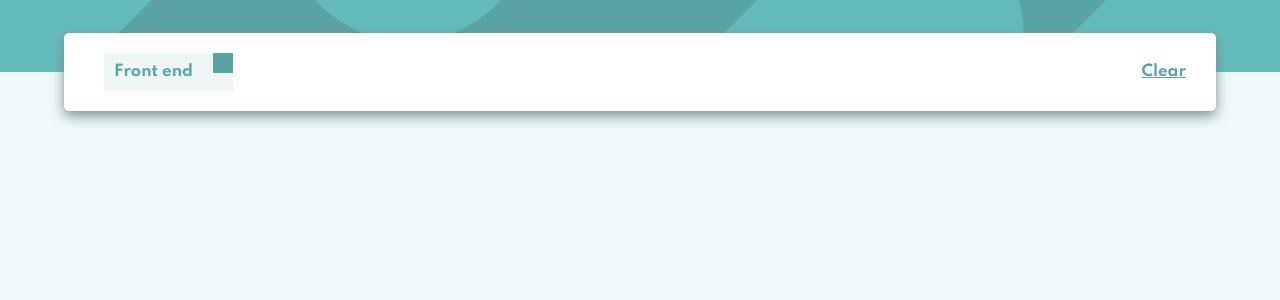
Repository: tomas938/Job-filters
Page: /
These files come from the project's save history. The page is drawn as it stood at one moment and after the next save; the edit follows.
The browser window is 1280 px wide. The pictures show the whole page.
The project was rebuilt for these pictures with package versions that can differ from the ones it lists, and the page was loaded fresh each time.

Above is the page before, as saved 2021-08-14 18:33:54.

After the next save:
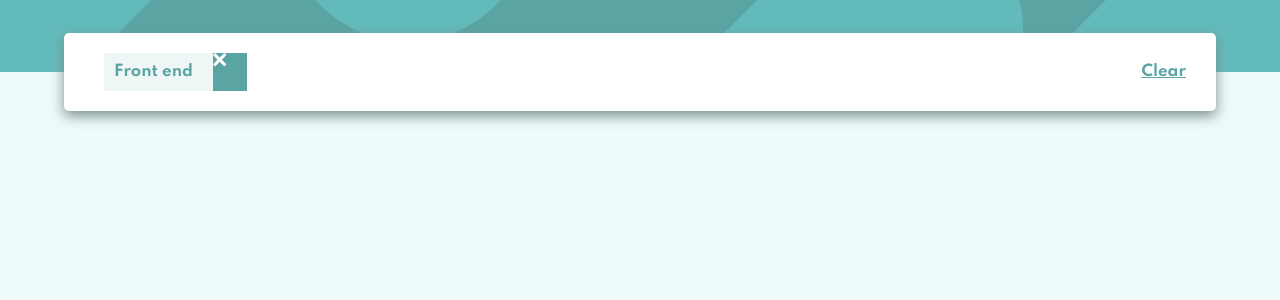
Saved 4 s later.
--- a/src/views/Home.vue
+++ b/src/views/Home.vue
@@ -207,8 +207,9 @@ a {
 	padding: 1rem;
 }
 svg {
+	height: 100%;
+	width: 3.4rem;
 	background-color: $dark-cyan;
-	padding: 1rem;
 	&:hover {
 		transition: all 0.3s ease-in-out;
 		background-color: $very-dark-grayish-cyan;
